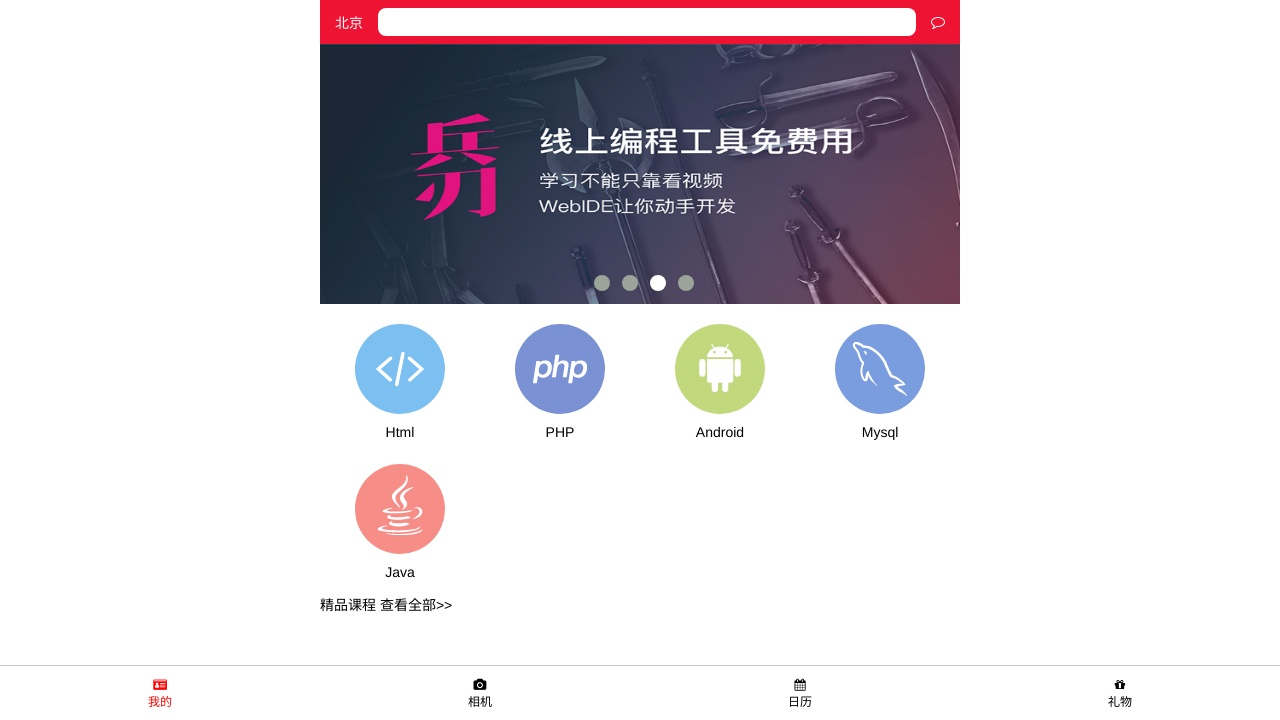
Repository: zhenzhen-gong/flextContent
Page: index.html
The author's editor kept a copy of each file at every save. The page is drawn from the files as they stood at one save, then again after the next save.
The browser window is 1280 px wide. The pictures show the whole page.

Above is the page before, as saved 2020-06-18 19:44:20.

### index.html
<!DOCTYPE html>
<html lang="en">

<head>
    <meta charset="UTF-8">
    <meta name="viewport" content="width=device-width, initial-scale=1.0">
    <title>移动端响应式小项目</title>
    <link rel="stylesheet" href="css/style.css">
    <link rel="stylesheet" href="css/font-awesome/css/font-awesome.min.css">
    <script src="http://cdn.bootcss.com/jquery/1.12.4/jquery.js"></script>
    <script src="script.js"></script>
</head>

<body>
    <div class="Tbox">
        <header>
            <a href="#" class="left-address">北京</a>
            <input class="middle-form" name="search">
            <a href="#" class="right-message">
                <i class="fa fa-comment-o"></i>
            </a>
        </header>
        <section>
            <div class="imgholder">
                <div class="imgBox" id="imgBox">
                    <div class="imgcontent active"><img src="img/banner1.jpg" alt="图片加载失败"></div>
                    <div class="imgcontent"><img src="img/banner2.jpg" alt="图片加载失败"></div>
                    <div class="imgcontent"><img src="img/banner3.jpg" alt="图片加载失败"></div>
                    <div class="imgcontent"><img src="img/banner4.jpg" alt="图片加载失败"></div>
                </div>
                <div class="imgCircle" id="imgCircle">
                    <span class="active"></span>
                    <span></span>
                    <span></span>
                    <span></span>
                </div>
            </div>
            <div class="content">
                <div>
                    <img src="img/1.png" alt="">
                    <span>Html</span>
                </div>
                <div>
                    <img src="img/2.png" alt="">
                    <span>PHP</span>
                </div>
                <div>
                    <img src="img/3.png" alt="">
                    <span>Android</span>
                </div>
                <div>
                    <img src="img/4.png" alt="">
                    <span>Mysql</span>
                </div>
                <div>
                    <img src="img/5.png" alt="">
                    <span>Java</span>
                </div>
            </div>
            <div class="nav">
                <span>精品课程</span>
                <span>查看全部>></span>
            </div>
        </section>
    </div>
    <footer>
        <div class="active">
            <a href="#" class="active">
                <i class="fa fa-id-card"></i>
            </a>
            我的
        </div>
        <div>
            <a href="#">
                <i class="fa fa-camera"></i>
            </a>
            相机
        </div>
        <div>
            <a href="#">
                <i class="fa fa-calendar"></i>
            </a>
            日历
        </div>
        <div>
            <a href="#">
                <i class="fa fa-gift"></i>
            </a>
            礼物
        </div>
    </footer>
</body>

</html>

### css/style.css
/* css初始化 */
*{
    margin: 0;
    padding: 0;
    border: none;
}
body{
    font-size: 14px;
    font-family: 'Franklin Gothic Medium', 'Arial Narrow', Arial, sans-serif;
}
a{
    text-decoration: none;
    color: black;
}
/* 正文部分 */
.Tbox{
    width: 640px;
    position: absolute;
    left: 0;
    right: 0;
    margin: 0 auto;
}
/* 头部导航 */
.Tbox>header{
   height: 44px;
   padding: 0 15px;
   background: #ef1333;
   display: flex;
   align-items: center;
}
.Tbox>header>a.left-address{
    margin-right: 15px;
    color: #ffffff;
}
.Tbox>header>input.middle-form{
   flex: 1;
   box-sizing: border-box;
   height: 28px;
   border-radius: 8px;
   border: none;
}
.Tbox>header>a.right-message{
    margin-left: 15px;
    color: #ffffff;
}
/* 图片轮播 */
section>div.imgholder{
    height: 260px;
    width: 100%;
    position: relative;
    overflow: hidden;
}
section>div.imgholder>div.imgBox{
    height: 100%;
    width: 100%;
}
section>div.imgholder>div.imgBox>div.imgcontent{
    position: absolute;
    height: 100%;
    width: 100%;
    overflow: hidden;
    display: none;
}
section>div.imgholder>div.imgBox>div.active{
    display: block;
}
section>div.imgholder>div.imgBox>div.imgcontent>img{
    width: 100%;
    height: 100%;
}
/* 控制图片切换的圆点 */
section>div.imgholder>div.imgCircle{
    position: absolute;
    bottom: 10px;
    width: 100%;
    text-align: center;
}
section>div.imgholder>div.imgCircle>span{
    display: inline-block;
    height: 16px;
    width: 16px;
    border-radius: 50%;
    background: #9aa499;
    cursor: pointer;
    margin-left: 8px;
}
section>div.imgholder>div.imgCircle>span.active{
    background: #ffffff;
}
/* 正文内容菜单部分 */
section>div.content{
    display: flex;
    flex-wrap: wrap;
    padding-top: 10px;
    background: #ffffff;
}
section>div.content>div{
    width: 25%;
    height: 120px;
    text-align: center;
    margin: 10px 0;
}
section>div.content>div>span{
    display: block;
    margin-top: 7px;
}
section>div.content>div>img{
    border-radius: 50%;
}
/* 页脚部分 */
footer{
    position: fixed;
    bottom: 0;
    height: 54px;
    width: 100%;
    font-size: 12px;
    display: flex;
    align-items: center;
    text-align: center;
    background: #ffffff;;
    border-top: 1px solid #cccccc;
}
footer>div{
    flex: 1;
}
footer>div.active{
    color: red;
}
footer>div>a{
    display: block;
}
footer>div>a.active{
    color: red;
}

### script.js
$(document).ready(function(){
    var index = 0,
        timer = null,
        imgs = $("#imgBox").children("div"),
        circles = $("#imgCircle").children("span")
        console.log(circles);

    function imgslider () {
        //当鼠标在图片上时，停止轮播
        $("#imgBox").mouseover(function(){
            if(timer) clearInterval(timer)
        })
        //当鼠标移出图片时，图片继续轮播
        $("#imgBox").mouseout(function(){
            // 图片自动轮播
        timer = setInterval(function(){
            index++;
            if(index>=imgs.length){
                index = 0
            }
            changeImg()
        },2000)
        });
        //一开始就执行mouseout，图片轮播
        $("#imgBox").mouseout()

        // 点击圆点切换图片
        // 1、找到所有圆点  并为每个圆点绑定click事件
        for(let i = 0;i<circles.length;i++){
            circles[i].id = i;
            circles[i].onclick = function(){
                index = i;
                changeImg()
                if(timer) clearInterval(timer)
            }
        }

    }





    function changeImg() {
       // 当前图片的display属性为block，其他为none；
       for(let i = 0;i<imgs.length;i++){
           imgs[i].style.display = "none"
           circles[i].className = " "
       }
       imgs[index].style.display = "block"
       circles[index].className = "active "
    }
    imgslider()
})

Loaded but not shown: css/font-awesome/css/font-awesome.min.css (library)

After the next save:
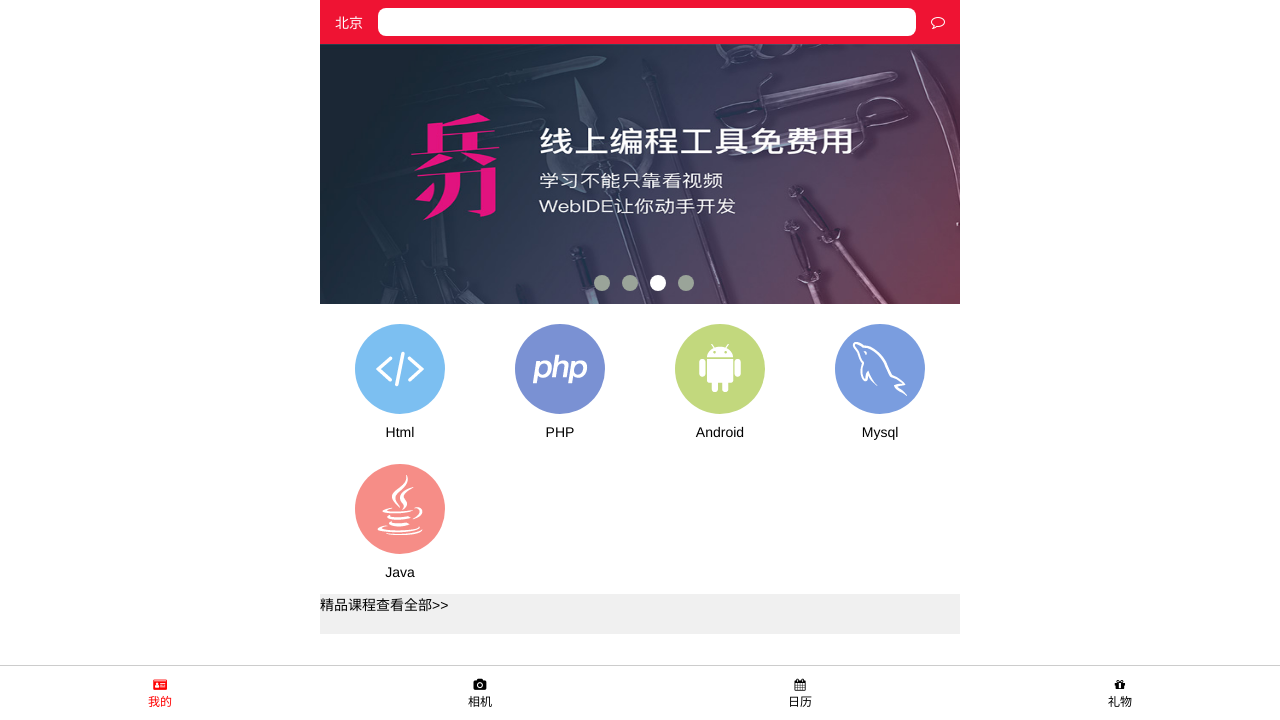
Saved 3 min 11 s later.
--- a/css/style.css
+++ b/css/style.css
@@ -107,6 +107,14 @@
 section>div.content>div>img{
     border-radius: 50%;
 }
+
+/* 精品课程的导航条 */
+section>div.nav{
+    height: 40px;
+    background: #f0f0f0;
+    display: flex;
+    justify-items: center;
+}
 /* 页脚部分 */
 footer{
     position: fixed;
